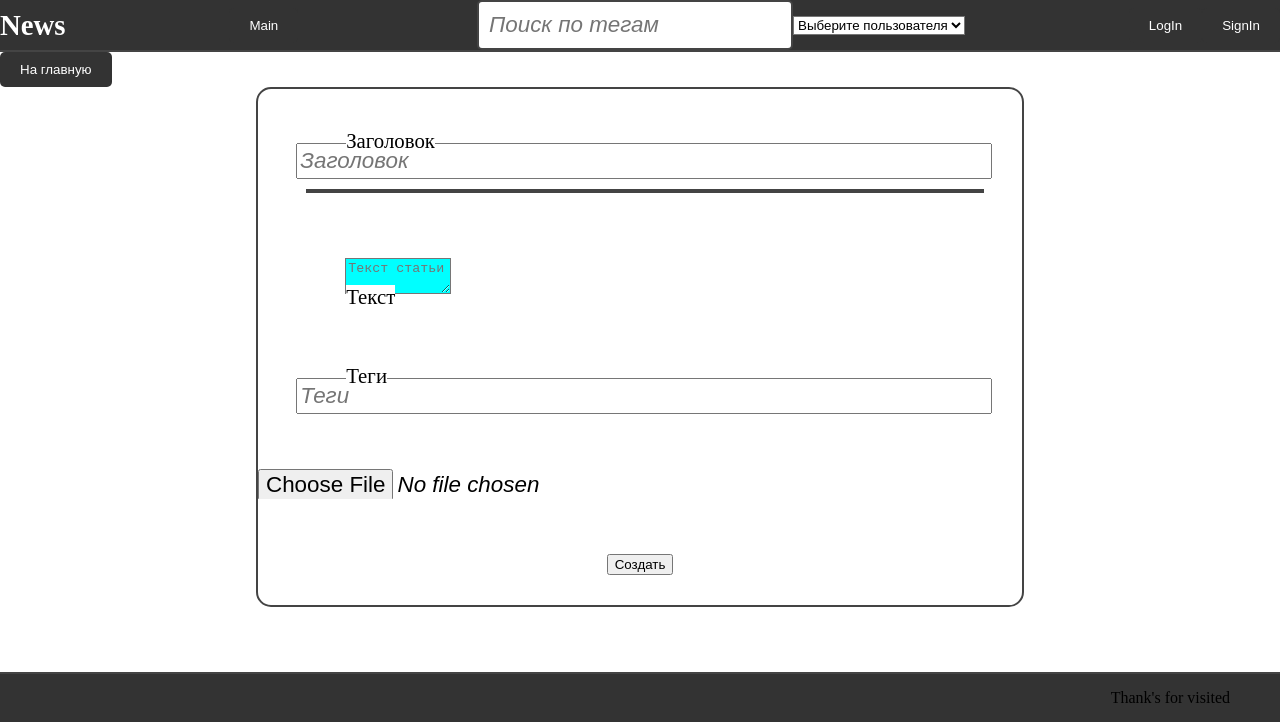
Repository: Igor-Blazhko/news_frontend
Page: /CreatePost
The author's editor kept a copy of each file at every save. The page is drawn from the files as they stood at one save, then again after the next save.
The browser window is 1280 px wide. The pictures show the whole page.
The project was rebuilt for these pictures with package versions that can differ from the ones it lists, and the page was loaded fresh each time. Also part of the build but not shown: vite.config.ts, src/components/allPost/onePost/onePost.module.css, src/components/allPost/onePost/onePost.tsx, src/components/allPost/allPost.tsx, src/components/auth/logIn/login.module.css, src/components/auth/logIn/login.tsx, src/components/auth/register/register.tsx, src/components/pageOnePost/comments/comment.tsx and 2 more.

Above is the page before, as saved 2024-07-15 16:27:46.

### src/App.tsx
import Header from './components/header/header'
import AllPost from './components/allPost/allPost'
import Footer from './components/footer/footer'
import LogIn from './components/auth/logIn/login'
import { Page } from './types'
import SignIn from './components/auth/register/register'
import { BrowserRouter, Route, Routes } from 'react-router-dom'
import OnePost from './components/pageOnePost/OnePost'
import { Provider } from 'react-redux'
import { store } from './store'
import { QueryClient, QueryClientProvider } from '@tanstack/react-query'
import CreatePost  from './components/createPost/createPost'



const queryClient = new QueryClient();

function App() {

  return (
    <Provider store={store}>
      <QueryClientProvider client={queryClient}>
        <BrowserRouter>
        <Header></Header>
          <Routes>
            <Route path="*" element ={ <AllPost/> }/>
            <Route path={Page.LogIn} element ={ <LogIn/> }/>
            <Route path={Page.SignIn} element ={ <SignIn/> }/>
            <Route path={Page.CreatePost} element ={ <CreatePost/> }/>
            <Route path={Page.OnePost+'/:id'} element ={ <OnePost/> }/>
          </Routes>
        <Footer></Footer>
        </BrowserRouter>
      </QueryClientProvider>
    </Provider>
  )
}

export default App

### src/index.css
body{
  margin: 0;
  padding: 0;
  width: 100vw;
  min-height: 100vh;
  overflow-x: hidden;
}

main{
  min-height: calc(100vh - 100px);
}

### src/components/header/header.tsx

import { Link } from 'react-router-dom';
import Button from '../simplyComponents/button/button';
import styles from './header.module.css'
import ButtonAuth  from './buttonAuth/buttonAuth';
import Filter from './filter/filter';


export default function Header() {
        return (
        <header className={styles.header}>
            <div className={styles.logo}>
                News
            </div>
            <nav>
                <Link to="">
                    <Button>Main</Button>
                </Link>
            </nav>
            <Filter/>
            <ButtonAuth/>
        </header>
    )
}

### src/components/footer/footer.tsx
import { Link } from 'react-router-dom'
import styles from './footer.module.css'
import { Page } from '../../types'
import Button from '../simplyComponents/button/button'
import { useSelector } from 'react-redux'
import { States } from '../../store'

export default function Footer(){
    const JWT = useSelector( (state:States) => state.JWT)
    return(
        <footer className={styles.footer}>
            {
            JWT &&
            <Link to={'/'+Page.CreatePost}>
                <Button>Создать пост</Button>
            </Link>
            }

            <div className={styles.text}>Thank's for visited</div>
        </footer>
    )
}

### src/types.ts
export const enum Page {
    LogIn = 'LogIn',
    SignIn = 'SignIn',
    AllPost = 'AllPost',
    OnePost = 'OnePost',
    CreatePost = 'CreatePost',
}

export class ObjectToken {
    private readonly access_token:string;
    constructor(access_token:string){
        this.access_token = access_token;
    }
}

export class HTTPExeption{
    private readonly response:string;
    private readonly status:number;
    private readonly message:string;
    private readonly name:string;
    constructor(response:string, status:number, message:string, name:string){
        this.response = response;
        this.status = status;
        this.message = message;
        this.name = name;
    }
}

### src/store.ts
import { createStore } from '@reduxjs/toolkit'
import cooks from './basefunction';

export interface States{
  tagfilter: string[],
  userfilter: number,
  JWT:string|undefined,
  location: string,
}

const defaultState:States = {
  tagfilter: [],
  userfilter: 0,
  JWT: cooks.getJWT(),
  location: '*',
}

type Action = {
  type:string,
  buffer?:string,
  userId?:number,
  JWT?:string,
}
const reducer = (state = defaultState, action:Action) => {
  switch (action.type){
    case 'Filter':
      if (( 'buffer' in action) && (action.buffer !== undefined)) {
        const arr = action.buffer.split(' ');
        state = {...state,
          tagfilter: arr,
        }
      }
      return state;
    case 'setUserFilter':
      if (( 'userId' in action) && (action.userId !== undefined)) {
        state = {...state,
          userfilter: action.userId,
        }
      }
      return state
    case 'SetJWT':
      if ( ('JWT' in action) && (action.JWT !== undefined) ){
        state = {...state,
          JWT: action.JWT,
        }
        cooks.LogIn(action.JWT)
      // document.cookie = `JWT_token=${action.JWT}`
      }
      return state;
    case 'DelJwt':
      state = {
        ...state,
        JWT:'',
      }
      cooks.LogOut()
      return state;
    case 'setLocation':
      state = {
        ...state,
        location: location.pathname,
      }
      return state;
    case 'dropLocation':
      state = {
        ...state,
        location: '*',
      }
      return state;
    default:
      return state;
  }
}

export const store = createStore(reducer)

### src/components/createPost/createPost.tsx
import { Link } from "react-router-dom";
import { Page } from "../../types";
import Button from "../simplyComponents/button/button";
import SERVER from "../../dataServer";
import styles from "./createPost.module.css"

export default function CreatePost(){

    return (
        <main>
            <Link to={'/'}>
                <Button>На главную</Button>
            </Link>
            <div>
                <form action={SERVER.POST.News.create} method="post" className={styles.form}>
                    <div className={styles.article}>
                        <label htmlFor="article" className={styles.article} >Заголовок</label>
                        <input type="text" name="article" maxLength={254} placeholder="Заголовок" className={styles.article}/>
                    </div>
                    <div className={styles.text}>
                        <label htmlFor="text" className={styles.text} >Текст</label>
                        <textarea name="text" placeholder="Текст статьи" className={styles.text}/>
                    </div>
                    <div className={styles.tags}>
                        <label htmlFor="tags" className={styles.tags}>Теги</label>
                        <input type="text" name="tags" placeholder="Теги"  className={styles.tags}/>
                    </div>
                    <input type="file" />
                    <button type="submit" className={styles.btn}>Создать</button>
                </form>
            </div>
        </main>

    )
}

### src/components/simplyComponents/button/button.tsx
import { MouseEventHandler, ReactNode } from 'react'
import styles from './button.module.css'
type Button = {
    text?:string,
    children?:ReactNode
    onClick?:MouseEventHandler<HTMLButtonElement>
}

export default function Button(props:Button){

    return(
        <button className={styles.button} onClick={props.onClick}>{props.children}</button>
    )
}

### src/components/header/header.module.css
header {
    background-color: #333;
    display: flex;
    justify-content: space-between;
    align-items: center;
    border-bottom: 2px solid #444;
    box-sizing: border-box;
    min-height: 50px;
}

.logo {
    font-size: 1.8em;
    font-weight: bold;
    color: #fff;
}



  .filter {
    display: flex;
    align-items: center;
  }

  .filter input,
  .filterselect {
    padding: 8px 10px;
    margin-left: 15px;
    border: 2px solid #444;
    border-radius: 5px;
    transition: border-color 0.3s ease;
  }

  .filter input:focus,
  .filter select:focus {
    border-color: #888;
  }

  .filter select {
    background-color: #fff;
}

### src/components/header/buttonAuth/buttonAuth.tsx
import { useDispatch, useSelector } from "react-redux"
import { States } from "../../../store"
import cooks from "../../../basefunction";
import Button from "../../simplyComponents/button/button";
import { Link } from "react-router-dom";
import { Page } from "../../../types";

export default function ButtonAuth(){

    const JWT = useSelector( (state:States) => state.JWT);
    const dispatch = useDispatch();

    function LogOut(){
        dispatch({
            type: 'DelJwt',
        })
    }

    return (
        <>
            {
                JWT?
                <div className="auth">
                    <Button onClick={LogOut}>LogOut</Button>
                </div>
                :
                <div className="auth">
                    <Link to={Page.LogIn}>
                        <Button>LogIn</Button>
                    </Link>
                    <Link to={Page.SignIn}>
                        <Button>SignIn</Button>
                    </Link>
                </div>
                }
        </>
    )
}

### src/components/header/filter/filter.tsx

import { useEffect, useState } from 'react'
import { User } from '../../pageOnePost/types/types'
import styles from '../header.module.css'
import { useDispatch } from 'react-redux'

export default function Filter(){
    const [users, setUsers] = useState([ {
        id: 1,
        name: 'igor',
        sername: 'Blazhko',
        login: 'user1',
    }])
    const [change, setChange] = useState(false)
    const dispatch = useDispatch()

    useEffect(() => {
        const users = [
            {
                id: 1,
                name: 'igor',
                sername: 'Blazhko',
                login: 'user1',
            },
            {
                id: 2,
                name: 'igor',
                sername: 'Tokin',
                login: 'user2',
            },
            {
                id: 3,
                name: 'igor',
                sername: 'Lankin',
                login: 'user3',
            },
        ];
        setUsers(users);
        // setLog(JWT)
    },[])

    function changeFilter(event:React.ChangeEvent<HTMLInputElement>){
        dispatch({
            type:'Filter',
            buffer: event.target.value,
        })
    }

    function changeUser(event) {
        dispatch({
            type:'setUserFilter',
            userId: +event.target.value,
        })
        if ( +event.target.value ) setChange(true)
        else setChange(false)
    }

    return (
            <div className={styles.filter}>
                <input type="text" placeholder="Поиск по тегам" onChange={changeFilter}/>
                <select onChange={changeUser} defaultValue="option0">
                    <option value="0">
                        { change? 'Cбросить фильтрацию': 'Выберите пользователя'}
                    </option>
                    {
                        users.map((user:User)=> <option key = {user.id} value={user.id}>{user.name} {user.sername}</option>)
                    }
                </select>
            </div>
    )
}

### src/components/allPost/allPost.module.css

main {
    display: flex;
    flex-direction: column;
    row-gap: 25px;
  }

### src/dataServer.ts


const SERVER = {
    base: 'http://192.168.3.37:5000/',
    POST: {
        register: 'http://127.0.0.1:5000/auth/registration',
        login: 'http://127.0.0.1:5000/auth/login',
        comments: {
            createCom: 'http://127.0.0.1:5000/comments',
        },
        News: {
            create: 'http://127.0.0.1:5000/news',
        }
    },
    GET: {
        allNews: 'http://127.0.0.1:5000/news',
        oneNews: 'http://127.0.0.1:5000/news?id=',
        getAllCommentByPostId: 'http://127.0.0.1:5000/comments?id=',
    }
}
export default SERVER;

### src/components/footer/footer.module.css
footer {
    width: 100vw;
    background-color: #333;
    min-height: 50px;
    border-top: 2px solid #444;
    display: flex;
    justify-content: flex-end;
    align-items: center;
    box-sizing: border-box;
}

.text{
    margin-right: 50px;
}

### src/components/pageOnePost/OnePost.module.css
main{
  display: block;
}
.post_content_full {
    display: flex;
    flex-direction: column;
    align-items: center;
    text-align: center;
    animation: slideIn 0.5s ease-in-out;
  }

  .post_image {
    width: 150px;
    height: 150px;
    margin-bottom: 20px;
  }

  .post_title_full {
    font-size: 2em;
    margin-bottom: 20px;
  }

  .post_text_full {
    font-size: 1.2em;
    margin-bottom: 40px;
  }

  .comments {
    background-color: #fff;
    padding: 20px;
    border: 1px solid #ccc;
    border-radius: 10px;
    margin-top: 20px;
  }



  .comments h3 {
    font-size: 1.5em;
    margin-bottom: 10px;
  }

  .comment {
    margin-bottom: 10px;
    padding: 10px;
    border: 1px solid #ccc;
    border-radius: 5px;
    background-color: #fafafa;
  }

  .comment p {
    font-size: 1.2em;
  }

  .comment_form {
    margin-top: 20px;
  }

  .comment_form textarea {
    width: 100%;
    padding: 10px;
    margin-bottom: 10px;
    border: 1px solid #ccc;
    border-radius: 5px;
    resize: vertical;
    transition: border-color 0.3s ease;
  }

  .comment_form textarea:focus {
    border-color: #888;
  }

  .comment_form button {
    padding: 10px;
    border: none;
    border-radius: 5px;
    background-color: #333;
    color: #fff;
    cursor: pointer;
    transition: background-color 0.3s ease, transform 0.3s ease;
  }

  .comment_form button:hover {
    background-color: #444;
    transform: translateY(-3px);
  }

### src/basefunction.ts
import { useDispatch } from "react-redux";

class Cookie {
    getCookie(name:string) {
        let matches = document.cookie.match(new RegExp(
          "(?:^|; )" + name.replace(/([\.$?*|{}\(\)\[\]\\\/\+^])/g, '\\$1') + "=([^;]*)"
        ));
        return matches ? decodeURIComponent(matches[1]) : undefined;
    }

    setCookie(name:string, value:string, options = {}) {

        options = {
          path: '/',
          // при необходимости добавьте другие значения по умолчанию
          ...options
        };

        if (options.expires instanceof Date) {
          options.expires = options.expires.toUTCString();
        }

        let updatedCookie = encodeURIComponent(name) + "=" + encodeURIComponent(value);

        for (let optionKey in options) {
          updatedCookie += "; " + optionKey;
          let optionValue = options[optionKey];
          if (optionValue !== true) {
            updatedCookie += "=" + optionValue;
          }
        }

        document.cookie = updatedCookie;
    }

    deleteCookie(name:string) {
        this.setCookie(name, "", {
          'max-age': -1
        })
    }

    getJWT(){
        return this.getCookie('JWT_token')
    }

    LogIn(token:string){
        this.setCookie('JWT_token', token, {
            'max-age': 3600
          } )
    }

    LogOut(){
        this.setCookie('JWT_token', '', {
            'max-age': 3600
          } )
    }
}
const cooks = new Cookie()
export default cooks

### src/components/createPost/createPost.module.css
.form {
    border: 2px solid #444;
    border-radius: 15px;
    width: 60%;
    height: calc(100vh - 200px);
    margin: 0 auto;
    display: flex;
    flex-direction: column;
    justify-content: space-between;
    align-items: center;
    padding: 30px 0 ;
    box-sizing: border-box;
}

form>div{
    width: 90%;
}

label{
    position: relative;
    top: 10px;
    left: 50px;
    z-index: 2;
    background-color: white;
    font-size: 1.3em;
    transition: all 0.3s ease-in-out;
}
div:has(input:focus) label{
    transition: all 0.2s  ease-in;
    top: 0;
}

textarea{
    width: 100px;
    background-color: aqua;
}

input{
    width: 100%;
    height: 30px;
    font-size: 1.4em;
    font-style: italic;
    display: block;
}

div.article::after{
    display: block;
    width: 98%;
    background-color: #444;
    border: 2px solid #444;
    content: "";
    margin: 10px;
}

### src/components/simplyComponents/button/button.module.css
.button {
    padding: 10px 20px;
    background-color: #333;
    color: #fff;
    border: none;
    border-radius: 5px;
    cursor: pointer;
    transition: background-color 0.3s ease, transform 0.3s ease;
    text-decoration: none;
}

.button:hover {
    background-color: #444;
    transform: translateY(-3px);
}

Loaded but not shown: index.html (common file); src/main.tsx (common file)

After the next save:
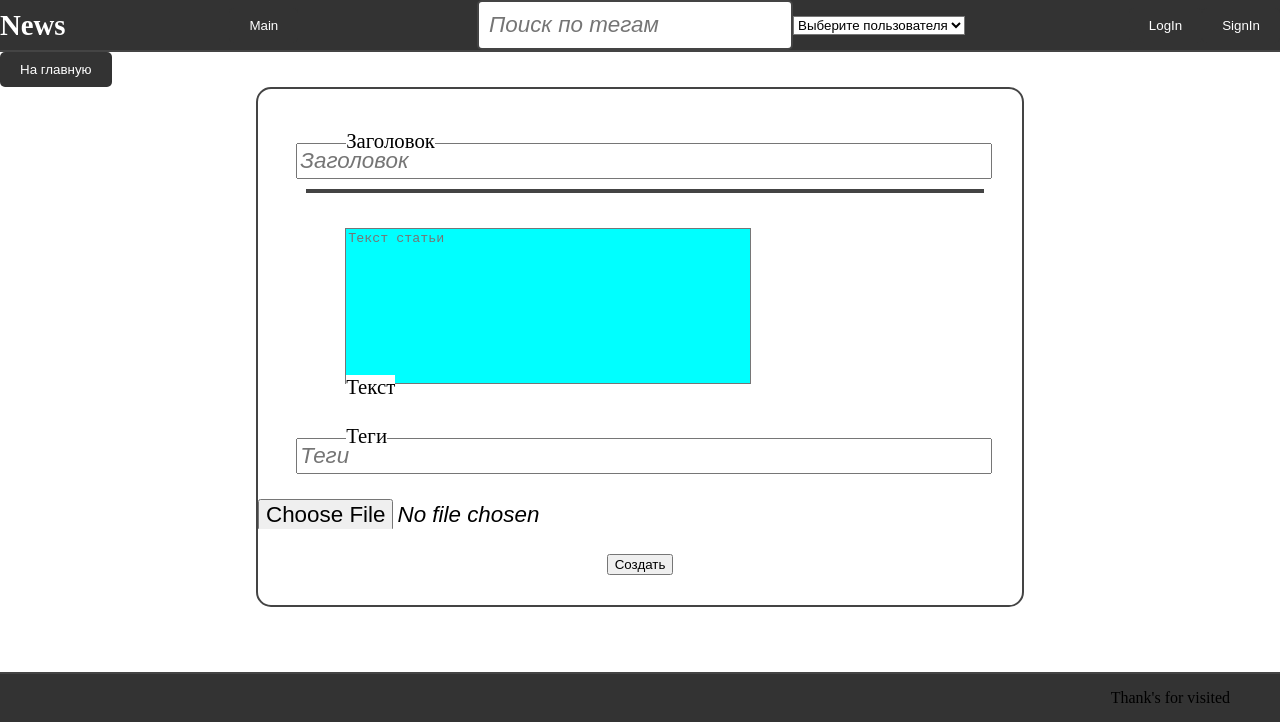
Saved 42 s later.
--- a/src/components/createPost/createPost.module.css
+++ b/src/components/createPost/createPost.module.css
@@ -31,7 +31,9 @@ div:has(input:focus) label{
 }
 
 textarea{
-    width: 100px;
+	resize: none;
+	width: 400px;
+	height: 150px;
     background-color: aqua;
 }
 
